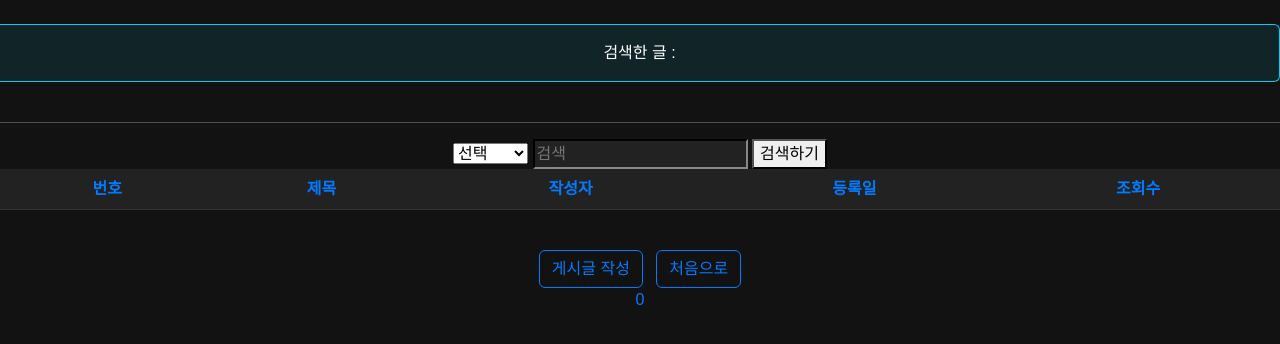
Repository: bbqju13/simai
Page: http://localhost/zip/WEB-INF/views/board/list.jsp
These files come from the project's save history. The page is drawn as it stood at one moment and after the next save; the edit follows.
The browser window is 1280 px wide. The pictures show the whole page.
The page is served by Tomcat 9. Nobody is signed in. Other server files are loaded and not shown. The template is opened directly, without the code that normally fills it, so the values that code supplies are empty.

Above is the page before, as saved 2023-06-19 06:13:32.

### zip/src/main/webapp/WEB-INF/views/board/list.jsp
<%@ page language="java" contentType="text/html; charset=UTF-8"
	pageEncoding="UTF-8"%>
<%@ taglib uri="http://java.sun.com/jsp/jstl/core" prefix="c"%>
<!DOCTYPE html>
<html>
<head>
<meta charset="UTF-8">
<link
	href="https://cdn.jsdelivr.net/npm/bootstrap@5.2.3/dist/css/bootstrap.min.css"
	rel="stylesheet"
	integrity="sha384-rbsA2VBKQhggwzxH7pPCaAqO46MgnOM80zW1RWuH61DGLwZJEdK2Kadq2F9CUG65"
	crossorigin="anonymous">
<script
	src="https://cdn.jsdelivr.net/npm/bootstrap@5.2.3/dist/js/bootstrap.bundle.min.js"
	integrity="sha384-kenU1KFdBIe4zVF0s0G1M5b4hcpxyD9F7jL+jjXkk+Q2h455rYXK/7HAuoJl+0I4"
	crossorigin="anonymous"></script>
<link rel="stylesheet" href="/resources/css/list.css">
<title>Board list</title>
</head>
<body class="text-center">

	<br>
	<div
		class="p-3 bg-info bg-opacity-10 border border-info border-start-0 rounded-end">
		<span>검색한 글 : ${ph.totalCnt }</span>
	</div>
	<br>
	<hr>
	<form action="/board/list" method="get">
		<div>
			<c:set value="${ph.pgvo.type }" var="typed"></c:set>
			<select name="type">
				<option ${typed == null ? 'selected' : ''}>선택</option>
				<option value="t" ${typed eq 't' ? 'selected' : '' }>|제목|</option>
				<option value="c" ${typed eq 'c' ? 'selected' : '' }>|내용|</option>
				<option value="w" ${typed eq 'w' ? 'selected' : '' }>|작성자|</option>
			</select> <input type="text" name="keyword" placeholder="검색"> <input
				type="hidden" name="pageNo" value="${ph.pgvo.pageNo }"> <input
				type="hidden" name="qty" value="${ph.pgvo.qty }">
			<button type="submit">검색하기</button>
		</div>
	</form>

	<table class="table table-striped">
		<thead>
			<tr>
				<th>번호</th>
				<th>제목</th>
				<th>작성자</th>
				<th>등록일</th>
				<th>조회수</th>
			</tr>
		</thead>
		<tbody>
			<c:forEach items="${list }" var="board">
				<tr>
					<td>${board.bno }</td>
					<td><a href="/board/detail?bno=${board.bno }">
							${board.title }</a></td>
					<td>${board.writer }</td>
					<td>${board.reg_date }</td>
					<td>${board.read_cnt }</td>
				</tr>
			</c:forEach>
		</tbody>
	</table>
	<br>
	<div class="btn-group" role="group" aria-label="Basic outlined example">
		<a href="/board/register">
			<button type="button" class="btn btn-outline-primary">게시글 작성</button>
		</a> &nbsp &nbsp <a href="/">
			<button type="button" class="btn btn-outline-primary">처음으로</button>
		</a>
	</div>
	<div>
		<c:if test="${ph.prev }">
			<a
				href="/board/list?pageNo=${ph.startPage - 1 }&qty=${ph.pgvo.qty}&type=${ph.pgvo.type}&keyword=${ph.pgvo.keyword}">◀
				| </a>
		</c:if>

		<c:forEach begin="${ph.startPage }" end="${ph.endPage }" var="i">
			<a
				href="/board/list?pageNo=${i }&qty=${ph.pgvo.qty}&type=${ph.pgvo.type}&keyword=${ph.pgvo.keyword}">
				${i } </a>
		</c:forEach>


		<c:if test="${ph.next }">
			<a
				href="/board/list?pageNo=${ph.endPage + 1 }&qty=${ph.pgvo.qty}&type=${ph.pgvo.type}&keyword=${ph.pgvo.keyword}">
				| ▶</a>
		</c:if>
	</div>
</body>
</html>

### zip/src/main/webapp/resources/css/list.css
@charset "UTF-8";

body {
	background-color: #121212;
	color: #fff;
	font-family: Arial, sans-serif;
	margin: 0;
	padding: 0;
	box-sizing: border-box;
}

.container {
	max-width: 960px;
	margin: 0 auto;
	padding: 20px;
}

.table {
	background-color: #222;
	border-color: #333;
	transition: all 0.3s ease;
}

.table:hover {
	transform: scale(1.01);
	box-shadow: 0px 0px 10px rgba(0, 123, 255, 0.7);
}

.table thead th {
	color: #007bff;
}

.table tbody tr td, .table tbody tr th {
	color: #ddd;
	/* This is to change the table data color to a brighter one */
}

.btn-outline-primary {
	border-color: #007bff;
	color: #007bff;
	background-color: transparent;
	transition: all 0.3s ease;
}

.btn-outline-primary:hover {
	background-color: #007bff;
	color: #fff;
	box-shadow: 0px 0px 10px rgba(255, 255, 255, 0.7);
}

a, a:hover {
	color: #007bff;
	text-decoration: none;
}

input[type="text"], select.form-select {
	background-color: #222;
	color: #ddd;
	border-color: #333;
}

After the next save:
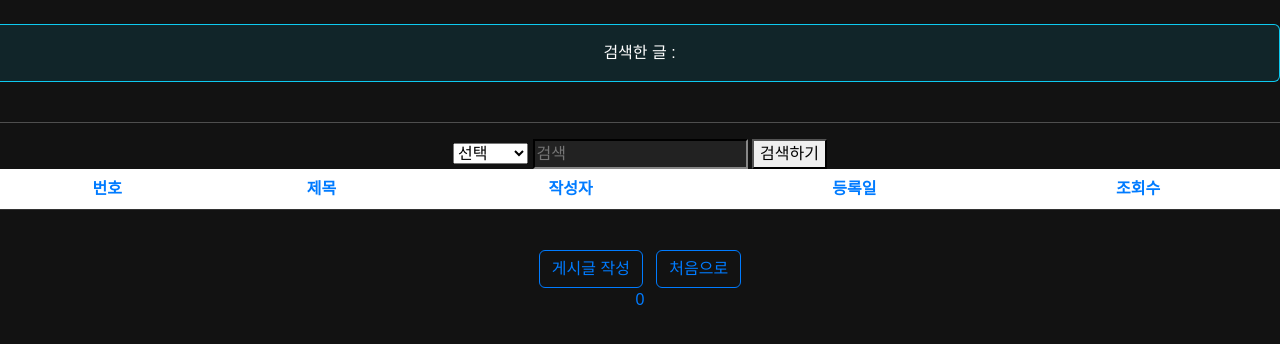
Saved 43 s later.
--- a/zip/src/main/webapp/resources/css/list.css
+++ b/zip/src/main/webapp/resources/css/list.css
@@ -16,7 +16,7 @@
 }
 
 .table {
-	background-color: #222;
+	background-color: #fff;
 	border-color: #333;
 	transition: all 0.3s ease;
 }

After the save that followed:
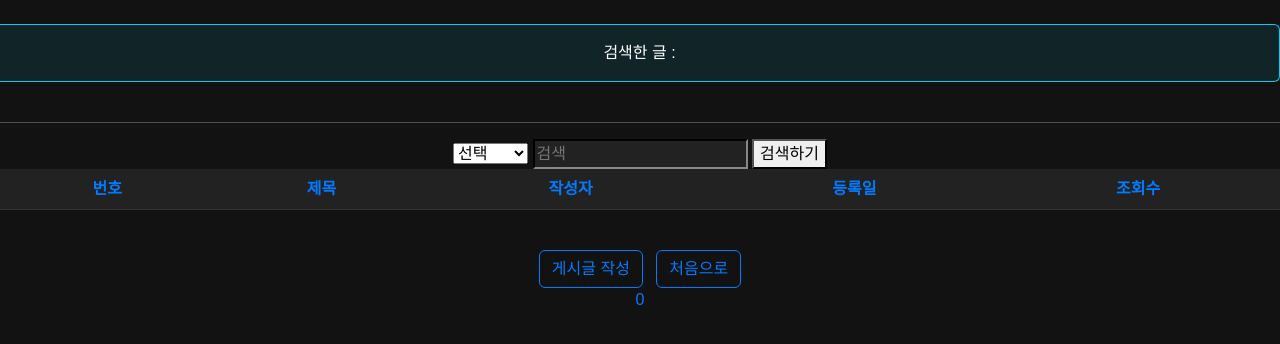
Saved 91 s later.
--- a/zip/src/main/webapp/resources/css/list.css
+++ b/zip/src/main/webapp/resources/css/list.css
@@ -3,6 +3,7 @@
 body {
 	background-color: #121212;
 	color: #fff;
+	/* Update this to change the general text color to white */
 	font-family: Arial, sans-serif;
 	margin: 0;
 	padding: 0;
@@ -16,7 +17,7 @@
 }
 
 .table {
-	background-color: #fff;
+	background-color: #222;
 	border-color: #333;
 	transition: all 0.3s ease;
 }
@@ -31,8 +32,7 @@
 }
 
 .table tbody tr td, .table tbody tr th {
-	color: #ddd;
-	/* This is to change the table data color to a brighter one */
+	color: #fff; /* Update this to change the table data color to white */
 }
 
 .btn-outline-primary {
@@ -55,6 +55,7 @@
 
 input[type="text"], select.form-select {
 	background-color: #222;
-	color: #ddd;
+	color: #fff;
+	/* Update this to change the input field text color to white */
 	border-color: #333;
 }
